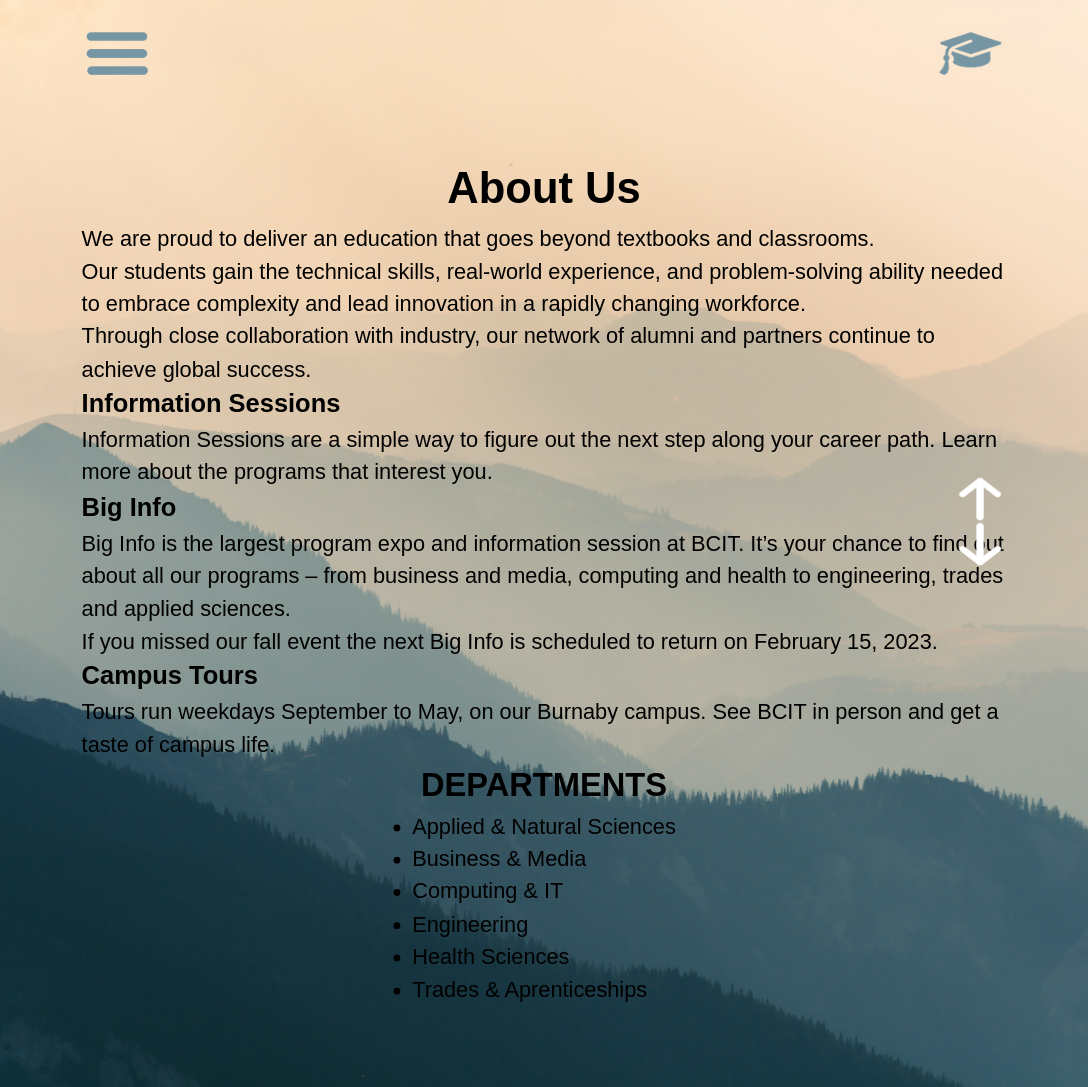
Repository: Kinakopan/playwright_bcit
Page: /contact
The author's editor kept a copy of each file at every save. The page is drawn from the files as they stood at one save, then again after the next save.
The browser window is 1280 px wide. The pictures show the whole page, at 85% of full size.
Some web fonts or font styles are not loaded; a fallback is used. The project was rebuilt for these pictures with package versions that can differ from the ones it lists, and the page was loaded fresh each time. The framework's server and built-in components were replaced by stand-ins that run in the browser. Also part of the build but not shown: next.config.js.

Above is the page before, as saved 2023-01-28 14:22:01.

### pages/_app.js
// import '@/styles/globals.css'
import '../styles/globals.css'
import '../styles/variables.css'
import Head from 'next/head'

export default function App({ Component, pageProps }) {
  return (
    <>
      <Head>
        <title>Example #1</title>
        <meta name="description" content="Generated by create next app" />
        <meta name="viewport" content="width=device-width, initial-scale=1" />
        <link href="https://fonts.googleapis.com/css2?family=Myriad+Pro:wght@100;400;700&display=swap" rel="stylesheet" />
        <link rel="icon" href="/favicon.ico" />
      </Head>
      <Component {...pageProps} />
    </>
  )
}

### pages/contact.js
import styles from "@/styles/Home.module.css";
import Arrow from "/components/arrow";
import Navbar from "/components/navbar";
import { Inter } from "@next/font/google";

const inter = Inter({ subsets: ["latin"] });

export default function Contact() {
  return (
    <>
      <div
        className={`${styles.body} ${styles.body_contact}`}
        style={{backgroundImage: `url(/background-images/backgroundMountain.jpg)`}}
      >
        <div className={styles.wrapper}>
          <Navbar />

          {/* Main contents under nav bar */}
          <main className={styles.main}>
            {/* About Us */}
            <h1 className={styles.text_heading1}>About Us</h1>

            <div className={`${styles.cont_section} ${styles.cont_section1}`}>
              <p className={styles.text_body}>
                We are proud to deliver an education that goes beyond textbooks
                and classrooms.
              </p>

              <p className={styles.text_body}>
                Our students gain the technical skills, real-world experience,
                and problem-solving ability needed to embrace complexity and
                lead innovation in a rapidly changing workforce.
              </p>

              <p className={styles.text_body}>
                Through close collaboration with industry, our network of alumni
                and partners continue to achieve global success.
              </p>

              <h3 className={styles.text_heading2}>Information Sessions</h3>

              <p className={styles.text_body}>
                Information Sessions are a simple way to figure out the next
                step along your career path. Learn more about the programs that
                interest you.
              </p>

              <h3 className={styles.text_heading2}>Big Info</h3>

              <p className={styles.text_body}>
                Big Info is the largest program expo and information session at
                BCIT. It’s your chance to find out about all our programs – from
                business and media, computing and health to engineering, trades
                and applied sciences.
                <br />
                If you missed our fall event the next Big Info is scheduled to
                return on February 15, 2023.
              </p>

              <h3 className={styles.text_heading2}>Campus Tours</h3>

              <p className={styles.text_body}>
                Tours run weekdays September to May, on our Burnaby campus. See
                BCIT in person and get a taste of campus life.
              </p>

            </div>

            {/* DEPARTMENTS */}
            <h2 className={styles.text_heading1}>DEPARTMENTS</h2>

            <div className={`${styles.cont_section} ${styles.cont_section2}`}>
              <ul className={styles.box_list}>
                <li>Applied & Natural Sciences</li>
                <li>Business & Media</li>
                <li>Computing & IT</li>
                <li>Engineering</li>
                <li>Health Sciences</li>
                <li>Trades & Aprenticeships</li>
              </ul>
            </div>
          </main>

          <Arrow/>
        </div>
      </div>
    </>
  );
}

### styles/variables.css
:root {
  --primary-color: |#fff;
  --secondary-color: #F4D6B9;
  --ternary-color: #7796A4;
  --quaternary-color: #14343D;
  --quinary-color: rgba(16,46,53,0.5);
}

### styles/Home.module.css
@import '/styles/variables.css';

.main {
  display: flex;
  flex-direction: column;
  justify-content: space-between;
  align-items: center;
  padding: 6rem;
  min-height: 100vh;
}

.description {
  display: inherit;
  justify-content: inherit;
  align-items: inherit;
  font-size: 0.85rem;
  max-width: var(--max-width);
  width: 100%;
  z-index: 2;
  font-family: var(--font-mono);
}

.description a {
  display: flex;
  justify-content: center;
  align-items: center;
  gap: 0.5rem;
}

.description p {
  position: relative;
  margin: 0;
  padding: 1rem;
  background-color: rgba(var(--callout-rgb), 0.5);
  border: 1px solid rgba(var(--callout-border-rgb), 0.3);
  border-radius: var(--border-radius);
}

.code {
  font-weight: 700;
  font-family: var(--font-mono);
}

.grid {
  display: grid;
  grid-template-columns: repeat(4, minmax(25%, auto));
  width: var(--max-width);
  max-width: 100%;
}

.card {
  padding: 1rem 1.2rem;
  border-radius: var(--border-radius);
  background: rgba(var(--card-rgb), 0);
  border: 1px solid rgba(var(--card-border-rgb), 0);
  transition: background 200ms, border 200ms;
}

.card span {
  display: inline-block;
  transition: transform 200ms;
}

.card h2 {
  font-weight: 600;
  margin-bottom: 0.7rem;
}

.card p {
  margin: 0;
  opacity: 0.6;
  font-size: 0.9rem;
  line-height: 1.5;
  max-width: 30ch;
}

.center {
  display: flex;
  justify-content: center;
  align-items: center;
  position: relative;
  padding: 4rem 0;
}

.center::before {
  background: var(--secondary-glow);
  border-radius: 50%;
  width: 480px;
  height: 360px;
  margin-left: -400px;
}

.center::after {
  background: var(--primary-glow);
  width: 240px;
  height: 180px;
  z-index: -1;
}

.center::before,
.center::after {
  content: '';
  left: 50%;
  position: absolute;
  filter: blur(45px);
  transform: translateZ(0);
}

.logo,
.thirteen {
  position: relative;
}

.thirteen {
  display: flex;
  justify-content: center;
  align-items: center;
  width: 75px;
  height: 75px;
  padding: 25px 10px;
  margin-left: 16px;
  transform: translateZ(0);
  border-radius: var(--border-radius);
  overflow: hidden;
  box-shadow: 0px 2px 8px -1px #0000001a;
}

.thirteen::before,
.thirteen::after {
  content: '';
  position: absolute;
  z-index: -1;
}

/* Conic Gradient Animation */
.thirteen::before {
  animation: 6s rotate linear infinite;
  width: 200%;
  height: 200%;
  background: var(--tile-border);
}

/* Inner Square */
.thirteen::after {
  inset: 0;
  padding: 1px;
  border-radius: var(--border-radius);
  background: linear-gradient(
    to bottom right,
    rgba(var(--tile-start-rgb), 1),
    rgba(var(--tile-end-rgb), 1)
  );
  background-clip: content-box;
}

/* Enable hover only on non-touch devices */
@media (hover: hover) and (pointer: fine) {
  .card:hover {
    background: rgba(var(--card-rgb), 0.1);
    border: 1px solid rgba(var(--card-border-rgb), 0.15);
  }

  .card:hover span {
    transform: translateX(4px);
  }
}

@media (prefers-reduced-motion) {
  .thirteen::before {
    animation: none;
  }

  .card:hover span {
    transform: none;
  }
}

/* Mobile */
@media (max-width: 700px) {
  .content {
    padding: 4rem;
  }

  .grid {
    grid-template-columns: 1fr;
    margin-bottom: 120px;
    max-width: 320px;
    text-align: center;
  }

  .card {
    padding: 1rem 2.5rem;
  }

  .card h2 {
    margin-bottom: 0.5rem;
  }

  .center {
    padding: 8rem 0 6rem;
  }

  .center::before {
    transform: none;
    height: 300px;
  }

  .description {
    font-size: 0.8rem;
  }

  .description a {
    padding: 1rem;
  }

  .description p,
  .description div {
    display: flex;
    justify-content: center;
    position: fixed;
    width: 100%;
  }

  .description p {
    align-items: center;
    inset: 0 0 auto;
    padding: 2rem 1rem 1.4rem;
    border-radius: 0;
    border: none;
    border-bottom: 1px solid rgba(var(--callout-border-rgb), 0.25);
    background: linear-gradient(
      to bottom,
      rgba(var(--background-start-rgb), 1),
      rgba(var(--callout-rgb), 0.5)
    );
    background-clip: padding-box;
    backdrop-filter: blur(24px);
  }

  .description div {
    align-items: flex-end;
    pointer-events: none;
    inset: auto 0 0;
    padding: 2rem;
    height: 200px;
    background: linear-gradient(
      to bottom,
      transparent 0%,
      rgb(var(--background-end-rgb)) 40%
    );
    z-index: 1;
  }
}

/* Tablet and Smaller Desktop */
@media (min-width: 701px) and (max-width: 1120px) {
  .grid {
    grid-template-columns: repeat(2, 50%);
  }
}

@media (prefers-color-scheme: dark) {
  .vercelLogo {
    filter: invert(1);
  }

  .logo,
  .thirteen img {
    filter: invert(1) drop-shadow(0 0 0.3rem #ffffff70);
  }
}

@keyframes rotate {
  from {
    transform: rotate(360deg);
  }
  to {
    transform: rotate(0deg);
  }
}



/*****************************
******************************
            AUTHOR
******************************
*****************************/

/*============================
    From here - Common Style
============================*/
/* From here - components/navbar.js */
.nav {
  display: flex;
  flex-direction: row;
  justify-content: space-between;
  width: 100%;
  padding: 3% 8% 0 8%;
}

.burgar,
.hat {
  width: fit-content;
}

/* From here - components/arrow.js */
.arrowBox {
  flex: 1;
  display: flex;
  flex-direction: column;
  justify-content: space-between;
  align-items: flex-end;
  position: fixed;
  width: fit-content;
  height: 12%;
  right: 8%;
  bottom: 10%;
}

.arrowBox * {
  background: transparent;
  border: none;
}

/* From here - general */
.body,
.wrapper {
  display: flex;
  flex-direction: column;
  width: 100vw;
}

.body {
  /* font-size: 62.5%; */
  background-size: cover;
  background-position: center;
  background-repeat: no-repeat;
  line-height: 1.5;
  font-family: 'Myriad Pro', sans-serif;
  font-weight: 100;
  text-align: left;
}

.wrapper {
  font-size: 1.6rem;
  background-size: cover;
}

.main {
  display: flex;
  width: 100%;
}

/* .text_heading_h1 {

}

.text_heading_h2 {

} */
/*============================
    From here - Home Page
============================*/
.body_home {
  height: 100vh;
  overflow: hidden;
}

.body_home .main {
  flex-direction: row;
  justify-content: flex-start;
  align-items: flex-end;
  padding: 0 0 12% 21%;
}

.body_home .cont_main {
  display: flex;
  flex-direction: column;
  width: 48%;
}

.body_home .cont_main * {
  color: var(--primary-color);
}

.body_home .text_heading1 {
  font-family: 'Myriad Pro', sans-serif;
  /* font-size: 3.6rem; */
  font-size: 220%;
  line-height: 1.3;
  padding-bottom: 3%;
  margin-bottom: 3%;
  border-bottom: 4px solid;
  border-image: linear-gradient(to right, rgba(244,214,185,1) 0%, rgba(244,214,185,1) 69%, rgba(244,214,185,0) 69%, rgba(244,214,185,0) 100%) 1;
}

.body_home .text_body,
.body_home .box_btn * {
  opacity: .9;
}

.body_home .box_btn {
  display: flex;
  flex-direction: row;
}

.body_home .box_btn * {
  font-size: 1.4rem;
  background: transparent;
  padding: .3% 3%;
  border: 3px solid;
  border-color: var(--primary-color);
  border-radius: 10px;
  margin: 3% 2.5% 0 0;
}

.body_home .btn_about:hover {
  color: transparent;
  background: white;
}

/*============================
    From here - About Page
============================*/
.body_about {
  background: var(--quaternary-color);
}

.body_about .text_heading1 {
  display: flex;
  align-items: center;
  width: 100%;
  padding: 5% 0;
}

.body_about .text_heading1:before,
.body_about .text_heading1:after {
  content: "";
  height: 4px;
  flex-grow: 1;
  background: var(--secondary-color);
}

.body_about .text_heading1:before {
  margin-right: 5%;
}

.body_about .text_heading1:after {
  margin-left: 5%;
}

.body_about .cont_section {
  display: flex;
  flex-direction: column;
  justify-content: flex-start;
}

.body_about .cont_section1 {
  width: 60%;
}

.body_about .cont_section2 {
  width: 25%;
  padding-left: 5%;
}

.body_about .text_heading2,
.body_about .text_body {
  margin-bottom: 3%;
}

.body_about .text_heading2 {
  justify-content: flex-start;
}

.body_about .text_body,
.body_about .box_list *  {
  opacity: .8;
}

.body_about .box_list * {
  list-style: none;
  line-height: 3;
}

/* Carousel */
.carousel_cont {
  display: flex;
  align-self: center;
  width: 70%;
  margin-top: 5%;
  padding-top: 35%;
  overflow: hidden;
  position: relative;
}

.carousel_wrapper {
  display: flex;
  justify-content: center;
  width: 100%;
  height: 100%;
  position: absolute;
  top: 0;
  left: 0;
}

.carousel_slide {
  width: 100%;
  height: 100%;
  background-size: cover;
  background-position: top center;
}

.carousel_position {
  position: absolute;
  top: 50%;
  transform: translateY(-50%);
}

.carousel_text {
  display: flex;
  justify-content: center;
  align-items: center;
}

.carousel_text:before {
  content: "";
  background: var(--quaternary-color);
  position: absolute;
  z-index: -1;
  width: 100%;
  height: 100%;
  padding: 7% 5%;
  opacity: .5;
}

.carousel_slide:not(.carousel_active),
.carousel_text:not(.carousel_active) {
  display: none;
}

.carousel_prevBtn,
.carousel_nextBtn {
  font-size: 2rem;
  cursor: pointer;
  border: none;
  background: transparent;
}

.carousel_prevBtn {
  left: 10%;
}

.carousel_nextBtn {
  right: 10%;
}


/*============================
    From here - Contact Page
============================*/

### components/arrow.js
import Image from 'next/image';
import styles from '@/styles/Home.module.css';

export default function Arrow() {
  return (
    <div className={styles.arrowBox}>
      <button
        className={styles.arrowDown}
        onClick={() => setUpArrowClicked(true)}
      >
        <Image
          src='/icons/upwardArrow.png'
          alt="Upward arrow icon"
          width={50}
          height={50}
        />
      </button>

      <button
        className={styles.arrowDown}
        onClick={() => setDownArrowClicked(true)}
      >
        <Image
          src='/icons/downwardArrow.png'
          alt="Downward arrow icon"
          width={50}
          height={50}
        />
      </button>
    </div>
  )
}

### components/navbar.js
import Image from 'next/image';
import styles from '@/styles/Home.module.css';

export default function Navbar() {
  return (
    <nav className={styles.nav}>
      <Image
        className={styles.burgar}
        src='/icons/menu-icon.png'
        alt="menu icon"
        width={50}
        height={50}
      />
      <Image
        className={styles.hat}
        src='/icons/graduation-hat.png'
        alt="Graduation hat icon"
        width={50}
        height={50}
      />
    </nav>
  )
}

Loaded but not shown: pages/_document.js (common file); styles/globals.css (common file)

After the next save:
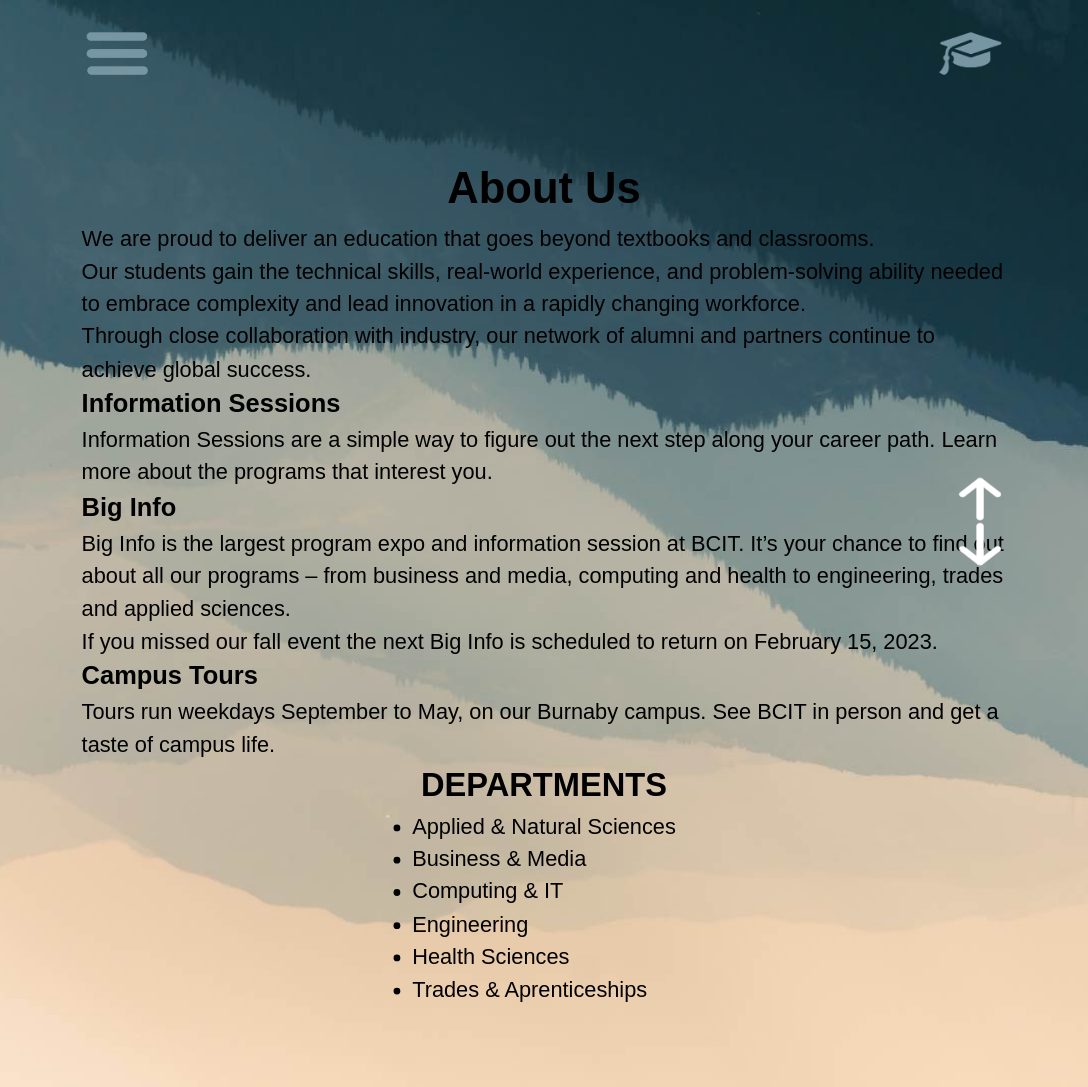
Saved 26 s later.
--- a/pages/contact.js
+++ b/pages/contact.js
@@ -10,7 +10,7 @@
     <>
       <div
         className={`${styles.body} ${styles.body_contact}`}
-        style={{backgroundImage: `url(/background-images/backgroundMountain.jpg)`}}
+        style={{backgroundImage: `url(/background-images/backgroundMountainUpsideDown.jpg)`}}
       >
         <div className={styles.wrapper}>
           <Navbar />
